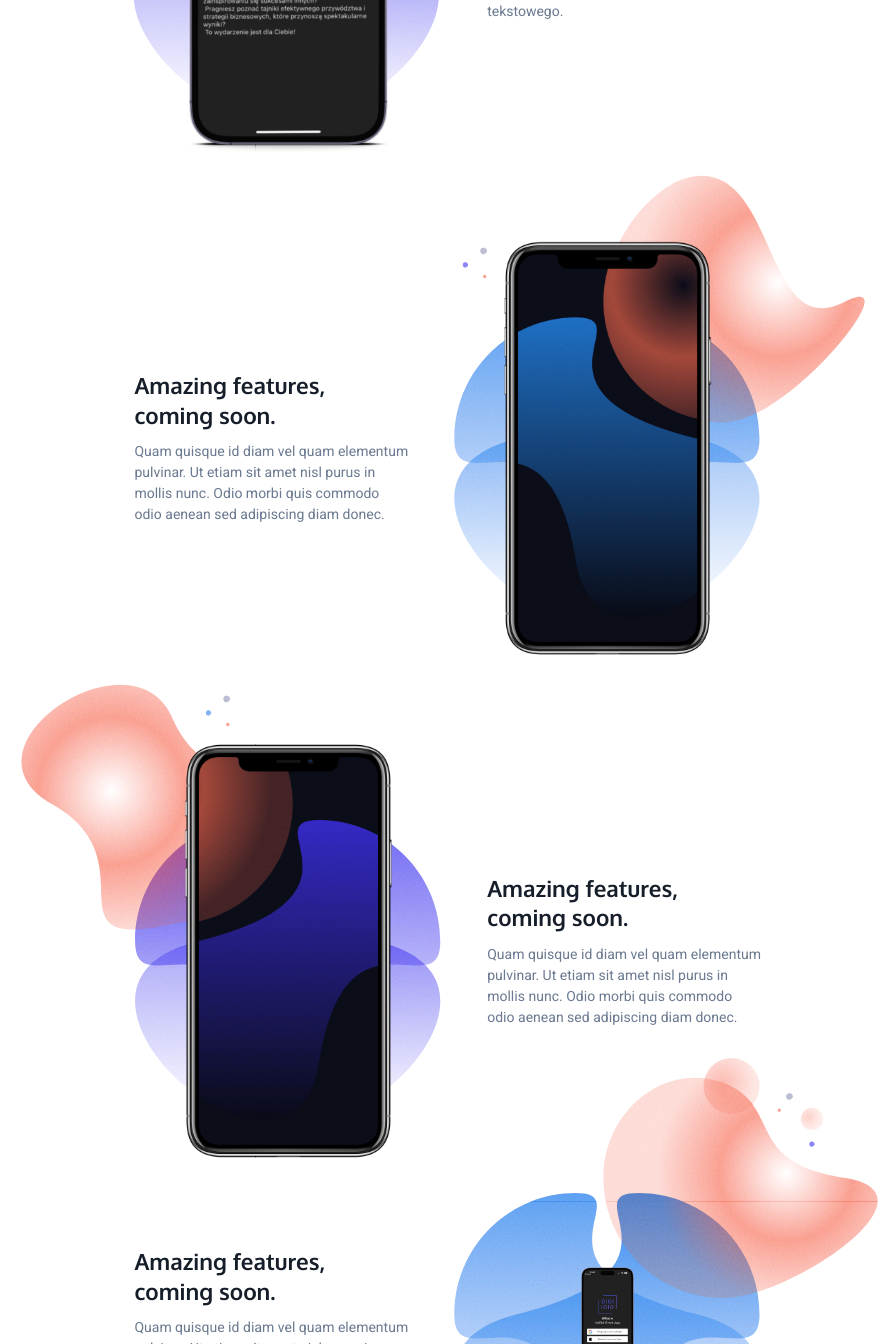
Repository: WieczorS/EventAppLandingPage
Page: index.html
These files come from the project's save history. The page is drawn as it stood at one moment and after the next save; the edit follows.
The browser window is 1280 px wide. The pictures show the part of the page from y = 1639 to 3559 px (the page is 4354 px tall before and 4356 px after), at 70% of full size.

Above is the page before, as saved 2023-07-03 22:55:47.

### index.html
<!DOCTYPE html>
<html lang="en" class="no-js">
<head>
    <meta charset="utf-8">
    <meta http-equiv="X-UA-Compatible" content="IE=edge">
    <meta name="viewport" content="width=device-width, initial-scale=1">
    <title>Venus Template</title>
    <link href="https://fonts.googleapis.com/css?family=Heebo:400,700|Oxygen:700" rel="stylesheet">
    <link rel="stylesheet" href="dist/css/style.css">
    <script src="https://unpkg.com/scrollreveal@4.0.5/dist/scrollreveal.min.js"></script>
</head>
<body class="is-boxed has-animations">
    <div class="body-wrap boxed-container">
        <header class="site-header text-light">
            <div class="container">
                <div class="site-header-inner">
                    <div class="brand header-brand">
                        <h1 class="m-0">
                            <a href="#">
								<img class="header-logo-image" src="dist/images/logo.svg" alt="Logo">
                            </a>
                        </h1>
                    </div>
                </div>
            </div>
        </header>

        <main>
            <section class="hero text-center text-light">
				<div class="hero-bg"></div>
				<div class="hero-particles-container">
					<canvas id="hero-particles"></canvas>
				</div>
                <div class="container-sm">
                    <div class="hero-inner">
						<div class="hero-copy">
	                        <h1 class="hero-title mt-0">Halfbit EventApp</h1>
	                        <p class="hero-paragraph">Łączymy wydarzenia, inspirujemy doświadczenia!</p>
	                        <!-- <div class="hero-cta">
								<a class="button button-primary button-wide-mobile" href="#">Get early access</a>
							</div> -->
						</div>
						<div class="mockup-container">
							<div class="mockup-bg">
								<img src="dist/images/iphone-hero-bg.svg" alt="iPhone illustration">
							</div>
							<img class="device-mockup" src="dist/images/mainmockup1.png" alt="iPhone Hero">
						</div>
                    </div>
                </div>
            </section>

			<section class="features-extended section">
                <div class="features-extended-inner section-inner">
					<div class="features-extended-wrap">
						<div class="container">
							<div class="feature-extended">
								<div class="feature-extended-image">
									<div class="mockup-bg">
										<img src="dist/images/iphone-feature-bg-01.svg" alt="iPhone Feature 01 illustration">
									</div>
									<img class="device-mockup is-revealing" src="dist/images/2.png" alt="iPhone Feature 01">
								</div>
								<div class="feature-extended-body is-revealing">
									<h3 class="mt-0 mb-16">Zarządzaj wydarzeniami bez stresu.</h3>
									<p class="m-0">Pozostań w kontakcie z uczestnikami twoich wydarzeń dzięki moliwości dodawaniu aktualności oraz opcji czatu tekstowego.</p>
								</div>
							</div>
							<div class="feature-extended">
								<div class="feature-extended-image">
									<div class="mockup-bg">
										<img src="dist/images/iphone-feature-bg-02.svg" alt="iPhone Feature 02 illustration">
									</div>
									<img class="device-mockup is-revealing" src="dist/images/iphone-feature-02.png" alt="iPhone Feature 02">
								</div>
								<div class="feature-extended-body is-revealing">
									<h3 class="mt-0 mb-16">Amazing features, coming soon.</h3>
									<p class="m-0">Quam quisque id diam vel quam elementum pulvinar. Ut etiam sit amet nisl purus in mollis nunc. Odio morbi quis commodo odio aenean sed adipiscing diam donec.</p>
								</div>
							</div>
							<div class="feature-extended">
								<div class="feature-extended-image">
									<div class="mockup-bg">
										<img src="dist/images/iphone-feature-bg-03.svg" alt="iPhone Feature 03 illustration">
									</div>
									<img class="device-mockup is-revealing" src="dist/images/iphone-feature-03.png" alt="iPhone Feature 03">
								</div>
								<div class="feature-extended-body is-revealing">
									<h3 class="mt-0 mb-16">Amazing features, coming soon.</h3>
									<p class="m-0">Quam quisque id diam vel quam elementum pulvinar. Ut etiam sit amet nisl purus in mollis nunc. Odio morbi quis commodo odio aenean sed adipiscing diam donec.</p>
								</div>
							</div>
							<div class="feature-extended">
								<div class="feature-extended-image">
									<div class="mockup-bg">
										<img src="dist/images/iphone-feature-bg-04.svg" alt="iPhone Feature 04 illustration">
									</div>
									<img class="device-mockup is-revealing" src="dist/images/dist/images/mockup1.png" alt="iPhone Feature 04">
								</div>
								<div class="feature-extended-body is-revealing">
									<h3 class="mt-0 mb-16">Amazing features, coming soon.</h3>
									<p class="m-0">Quam quisque id diam vel quam elementum pulvinar. Ut etiam sit amet nisl purus in mollis nunc. Odio morbi quis commodo odio aenean sed adipiscing diam donec.</p>
								</div>
							</div>
						</div>
					</div>
                </div>
            </section>
        </main>

		<footer class="site-footer">
			<div class="footer-particles-container">
				<canvas id="footer-particles"></canvas>
			</div>
			<div class="site-footer-top">
				<section class="cta section text-light">
					<div class="container-sm">
						<div class="cta-inner section-inner">
							<div class="cta-header text-center">
								<h2 class="section-title mt-0">Stay in the know</h2>
								<p class="section-paragraph">Lorem ipsum is common placeholder text used to demonstrate the graphic elements of a document or visual presentation.</p>
								<div class="cta-cta">
									<a class="button button-primary button-wide-mobile" href="#">Get early access</a>
								</div>
							</div>
						</div>
					</div>
				</section>
			</div>
			<div class="site-footer-bottom">
				<div class="container">
					<div class="site-footer-inner">
						<div class="brand footer-brand">
							<a href="#">
								<img src="dist/images/logo.svg" alt="Venus logo">
							</a>
						</div>
						<ul class="footer-links list-reset">
							<li>
								<a href="#">Contact</a>
							</li>
							<li>
								<a href="#">About us</a>
							</li>
							<li>
								<a href="#">FAQ's</a>
							</li>
							<li>
								<a href="#">Support</a>
							</li>
						</ul>
						<ul class="footer-social-links list-reset">
							<li>
								<a href="#">
									<span class="screen-reader-text">Facebook</span>
									<svg width="16" height="16" xmlns="http://www.w3.org/2000/svg">
										<path d="M6.023 16L6 9H3V6h3V4c0-2.7 1.672-4 4.08-4 1.153 0 2.144.086 2.433.124v2.821h-1.67c-1.31 0-1.563.623-1.563 1.536V6H13l-1 3H9.28v7H6.023z" fill="#FFF"/>
									</svg>
								</a>
							</li>
							<li>
								<a href="#">
									<span class="screen-reader-text">Twitter</span>
									<svg width="16" height="16" xmlns="http://www.w3.org/2000/svg">
										<path d="M16 3c-.6.3-1.2.4-1.9.5.7-.4 1.2-1 1.4-1.8-.6.4-1.3.6-2.1.8-.6-.6-1.5-1-2.4-1-1.7 0-3.2 1.5-3.2 3.3 0 .3 0 .5.1.7-2.7-.1-5.2-1.4-6.8-3.4-.3.5-.4 1-.4 1.7 0 1.1.6 2.1 1.5 2.7-.5 0-1-.2-1.5-.4C.7 7.7 1.8 9 3.3 9.3c-.3.1-.6.1-.9.1-.2 0-.4 0-.6-.1.4 1.3 1.6 2.3 3.1 2.3-1.1.9-2.5 1.4-4.1 1.4H0c1.5.9 3.2 1.5 5 1.5 6 0 9.3-5 9.3-9.3v-.4C15 4.3 15.6 3.7 16 3z" fill="#FFF"/>
									</svg>
								</a>
							</li>
							<li>
								<a href="#">
									<span class="screen-reader-text">Google</span>
									<svg width="16" height="16" xmlns="http://www.w3.org/2000/svg">
										<path d="M7.9 7v2.4H12c-.2 1-1.2 3-4 3-2.4 0-4.3-2-4.3-4.4 0-2.4 2-4.4 4.3-4.4 1.4 0 2.3.6 2.8 1.1l1.9-1.8C11.5 1.7 9.9 1 8 1 4.1 1 1 4.1 1 8s3.1 7 7 7c4 0 6.7-2.8 6.7-6.8 0-.5 0-.8-.1-1.2H7.9z" fill="#FFF"/>
									</svg>
								</a>
							</li>
						</ul>
						<div class="footer-copyright">&copy; 2018 Venus, all rights reserved</div>
					</div>
				</div>
			</div>
        </footer>
    </div>

    <script src="dist/js/main.min.js"></script>
</body>
</html>

Loaded but not shown: dist/css/style.css (library); dist/js/main.min.js (library)

After the next save:
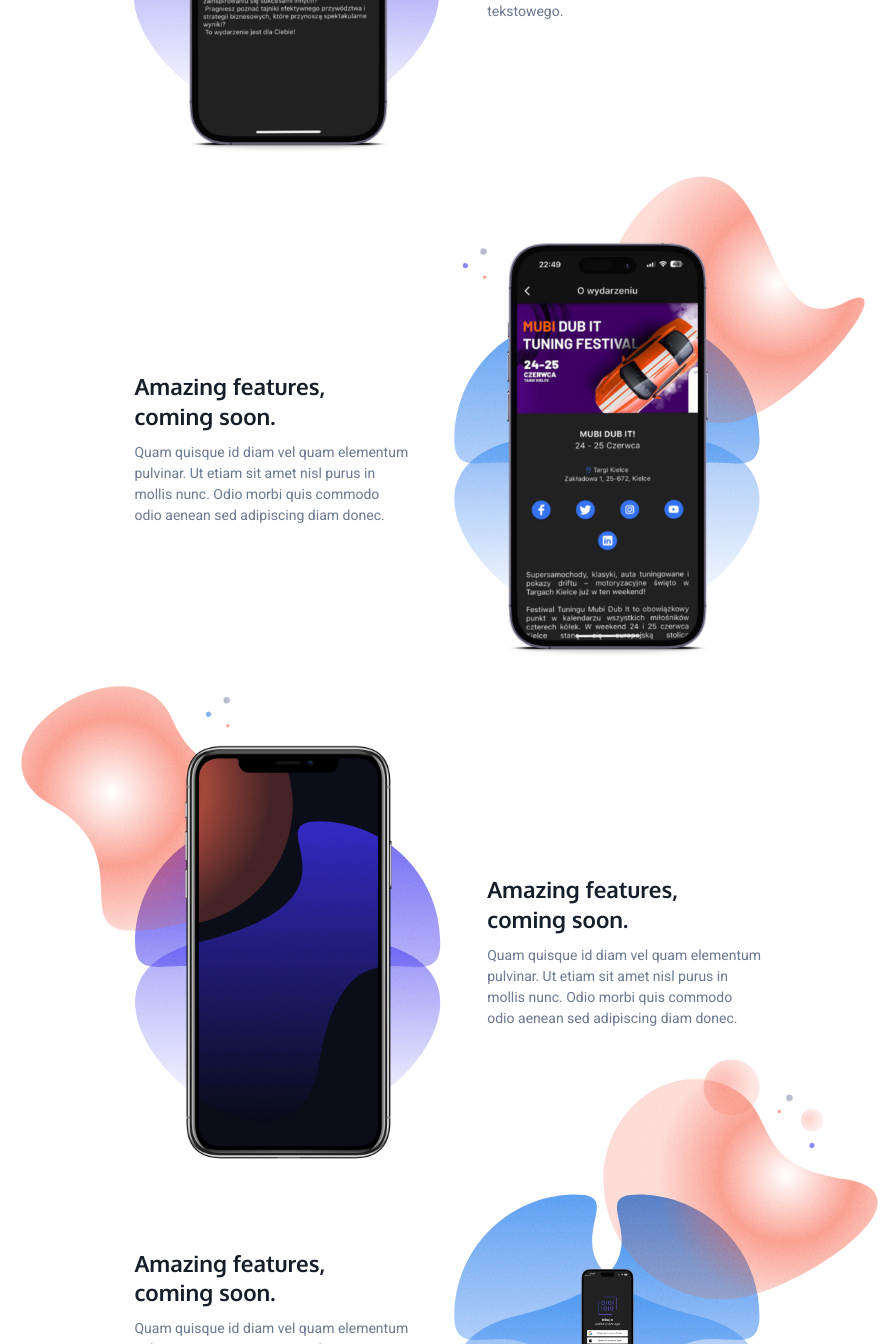
Saved 16 s later.
--- a/index.html
+++ b/index.html
@@ -71,7 +71,7 @@
 									<div class="mockup-bg">
 										<img src="dist/images/iphone-feature-bg-02.svg" alt="iPhone Feature 02 illustration">
 									</div>
-									<img class="device-mockup is-revealing" src="dist/images/iphone-feature-02.png" alt="iPhone Feature 02">
+									<img class="device-mockup is-revealing" src="dist/images/3.png" alt="iPhone Feature 02">
 								</div>
 								<div class="feature-extended-body is-revealing">
 									<h3 class="mt-0 mb-16">Amazing features, coming soon.</h3>
